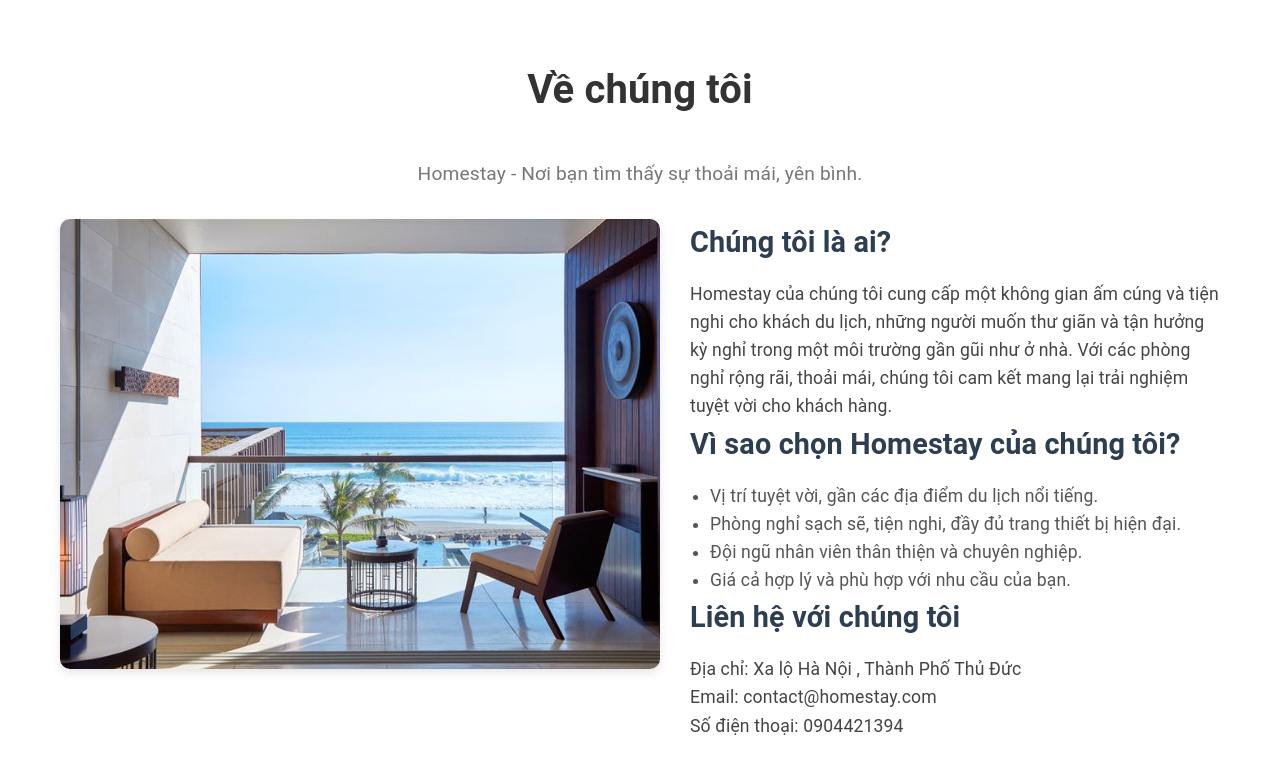
Repository: minhquang203/Homestay
Page: /about-us (app in client/)
The author's editor kept a copy of each file at every save. The page is drawn from the files as they stood at one save, then again after the next save.
The browser window is 1280 px wide. The pictures show the whole page.
The project was rebuilt for these pictures with package versions that can differ from the ones it lists, and the page was loaded fresh each time. Also part of the build but not shown: client/src/styles/Footer.scss, client/src/components/Footer.jsx, client/src/styles/ListingCard.scss, client/src/components/ListingCard.jsx, client/src/styles/Loader.scss, client/src/components/Loader.jsx, client/src/styles/Navbar.scss, client/src/styles/variable.scss and 24 more.

Above is the page before, as saved 2024-12-09 18:57:26.

### client/public/index.html
<!DOCTYPE html>
<html lang="en">
  <head>
    <meta charset="utf-8" />
    <link rel="icon" href="%PUBLIC_URL%/favicon.ico" />
    <meta name="viewport" content="width=device-width, initial-scale=1" />
    <meta name="theme-color" content="#000000" />
    <meta
      name="description"
      content="Web site created using create-react-app"
    />
    <link rel="apple-touch-icon" href="%PUBLIC_URL%/logo192.png" />
    <link rel="manifest" href="%PUBLIC_URL%/manifest.json" />
    <link rel="preconnect" href="https://fonts.googleapis.com">
    <link rel="preconnect" href="https://fonts.gstatic.com" crossorigin>
    <link href="https://fonts.googleapis.com/css2?family=Nunito:ital,wght@0,200..1000;1,200..1000&display=swap" rel="stylesheet">
    <title>HomeStayMove</title>
  </head>
  <body>
    <div id="root"></div>

  </body>
</html>

### client/src/index.js
import { CssBaseline, ThemeProvider, createTheme } from "@mui/material"; // Thêm vào đây
import React from "react";
import ReactDOM from "react-dom/client";
import { Provider } from "react-redux";
import { PersistGate } from "redux-persist/integration/react";
import App from "./App";
import { persistor, store } from "./Redux/store";

// Tạo theme tùy chỉnh nếu cần thiết
const theme = createTheme({
  palette: {
    primary: {
      main: "#1976d2", // Màu chủ đạo
    },
    secondary: {
      main: "#dc004e", // Màu phụ
    },
  },
});

const root = ReactDOM.createRoot(document.getElementById("root"));
root.render(
  <React.StrictMode>
    <Provider store={store}>
      <PersistGate loading={null} persistor={persistor}>
        <ThemeProvider theme={theme}>
          <CssBaseline />
          <App />
        </ThemeProvider>
      </PersistGate>
    </Provider>
  </React.StrictMode>
);

### client/src/App.js
import { BrowserRouter, Route, Routes } from "react-router-dom";
import './App.css';
import CategoryPage from "./pages/CategoryPage";
import CreateListing from "./pages/CreateListing";
import HomePage from "./pages/HomePage";
import ListingDetails from "./pages/ListingDetails";
import LoginPage from "./pages/LoginPage";
import Profile from "./pages/Profile";
import PropertyList from "./pages/PropertyList";
import RegisterPage from "./pages/RegisterPage";
import ReservationList from "./pages/ReservationList";
import SearchPage from "./pages/SearchPage";
import TripList from "./pages/TripsList";
import AboutUs from "./pages/Useful Links/AboutUs";
import WishList from "./pages/WishList";

function App() {
  return (
    <div>
    <BrowserRouter>
      <Routes>
         <Route path="/" element={<HomePage/>}></Route>
         <Route path="/register" element={<RegisterPage/>}></Route>
         <Route path="/login" element={<LoginPage/>}></Route>
         <Route path="/profile" element={<Profile/>}></Route>
         <Route path="/create-listing" element={<CreateListing/>}></Route>
         <Route path="/properties/:listingId" element={<ListingDetails/>}></Route>
         <Route path="/properties/category/:category" element={<CategoryPage />} />
         <Route path="/properties/search/:search" element={<SearchPage />} />
         <Route path="/:userId/trips" element={<TripList />} />
         <Route path="/:userId/wishList" element={<WishList />} />
         <Route path="/:userId/properties" element={<PropertyList />} />
         <Route path="/:userId/reservations" element={<ReservationList />} />
         <Route path="/about-us" element={<AboutUs />} />
      </Routes>
    </BrowserRouter>
    </div>
  );
}

export default App;

### client/src/Redux/store.js
// store.js
import { configureStore } from "@reduxjs/toolkit";
import {
  persistStore,
  persistReducer,
  FLUSH,
  REHYDRATE,
  PAUSE,
  PERSIST,
  PURGE,
  REGISTER,
} from "redux-persist";
import storage from "redux-persist/lib/storage";
import userReducer from "./state"; // Đảm bảo đúng đường dẫn đến state.js

// Cấu hình Redux Persist
const persistConfig = {
  key: "root", // Tên của key trong localStorage
  version: 1, // Phiên bản của state để khi có thay đổi sẽ cập nhật lại
  storage, // Chọn phương thức lưu trữ, có thể là localStorage hoặc sessionStorage
};

// Tạo persisted reducer từ userReducer
const persistedReducer = persistReducer(persistConfig, userReducer);

// Tạo store với persistedReducer
export const store = configureStore({
  reducer: persistedReducer, // Dùng persisted reducer để lưu trữ trạng thái người dùng
  middleware: (getDefaultMiddleware) =>
    getDefaultMiddleware({
      serializableCheck: {
        ignoredActions: [FLUSH, REHYDRATE, PAUSE, PERSIST, PURGE, REGISTER], // Bỏ qua các action không thể serialize
      },
    }),
});

// Khởi tạo persistor từ store
export const persistor = persistStore(store);

### client/src/App.css
* {
  margin: 0;
  padding: 0;
  box-sizing: border-box;
  font-family: 'Nunito'sans-serif;
}

### client/src/pages/Useful Links/AboutUs.jsx
import React from "react";
import "../../styles/AboutUs.scss";

const AboutUs = () => {
  return (
    <div className="about-container">
      <div className="about-header">
        <h1>Về chúng tôi</h1>
        <p>Homestay - Nơi bạn tìm thấy sự thoải mái, yên bình.</p>
      </div>

      <div className="about-content">
        <div className="about-img">
          <img
            src="/assets/Listing 1/7.jpg" // Thay bằng hình ảnh thực tế
            alt="Homestay"
          />
        </div>

        <div className="about-text">
          <h2>Chúng tôi là ai?</h2>
          <p>
            Homestay của chúng tôi cung cấp một không gian ấm cúng và tiện nghi
            cho khách du lịch, những người muốn thư giãn và tận hưởng kỳ nghỉ
            trong một môi trường gần gũi như ở nhà. Với các phòng nghỉ rộng rãi,
            thoải mái, chúng tôi cam kết mang lại trải nghiệm tuyệt vời cho khách
            hàng.
          </p>

          <h2>Vì sao chọn Homestay của chúng tôi?</h2>
          <ul>
            <li>Vị trí tuyệt vời, gần các địa điểm du lịch nổi tiếng.</li>
            <li>Phòng nghỉ sạch sẽ, tiện nghi, đầy đủ trang thiết bị hiện đại.</li>
            <li>Đội ngũ nhân viên thân thiện và chuyên nghiệp.</li>
            <li>Giá cả hợp lý và phù hợp với nhu cầu của bạn.</li>
          </ul>

          <h2>Liên hệ với chúng tôi</h2>
          <p>
            Địa chỉ: Xa lộ Hà Nội , Thành Phố Thủ Đức
            <br />
            Email: contact@homestay.com
            <br />
            Số điện thoại: 0904421394
          </p>
        </div>
      </div>
    </div>
  );
};

export default AboutUs;

### client/src/Redux/state.js
import { createSlice } from "@reduxjs/toolkit";

const initialState = {
  user: null, // Thông tin người dùng
  token: null, // Token đăng nhập
};

export const userSlice = createSlice({
  name: "user",
  initialState,
  reducers: {
    // Đăng nhập thành công, lưu thông tin người dùng và token
    setLogin: (state, action) => {
      state.user = action.payload.user;
      state.token = action.payload.token;
    },
    // Đăng xuất, xóa thông tin người dùng và token
    setLogout: (state) => {
      state.user = null;
      state.token = null;
    },
    // Cập nhật thông tin người dùng
    setUserDetails: (state, action) => {
      if (state.user) {
        state.user = { ...state.user, ...action.payload };
      }
    },
    // Cập nhật danh sách properties
    setListings: (state, action) => {
      state.listings = action.payload.listings;
    },
    setTripList: (state, action) => {
      state.user.tripList = action.payload;
    },
    setWishList: (state, action) => {
      state.user.wishList = action.payload;
    },
    setPropertyList: (state, action) => {
      state.user.propertyList = action.payload;
    },
    setReservationList: (state, action) => {
      state.user.reservationList = action.payload;
    },
  },
});

// Export các action để sử dụng
export const {
  setLogin,
  setLogout,
  setUserDetails,
  setListings,
  setTripList,
  setWishList,
  setPropertyList,
  setReservationList,
} = userSlice.actions;

// Export reducer để thêm vào store
export default userSlice.reducer;

### client/src/data.js
import { AiFillCar } from "react-icons/ai";
import {
  BiSolidDryer,
  BiSolidFirstAid,
  BiSolidFridge,
  BiSolidWasher,
  BiWifi,
  BiWorld,
} from "react-icons/bi";
import { BsFillDoorOpenFill, BsPersonWorkspace, BsSnow } from "react-icons/bs";
import {
  FaFireExtinguisher,
  FaKey,
  FaPumpSoap,
  FaShower,
  FaSkiing,
  FaUmbrellaBeach,
} from "react-icons/fa";
import { FaHouseUser, FaKitchenSet, FaPeopleRoof } from "react-icons/fa6";
import {
  GiBarbecue,
  GiBarn,
  GiBoatFishing,
  GiCactus,
  GiCampfire,
  GiCastle,
  GiCaveEntrance,
  GiCctvCamera,
  GiForestCamp,
  GiHeatHaze,
  GiIsland,
  GiToaster,
  GiWindmill,
} from "react-icons/gi";
import { IoDiamond } from "react-icons/io5";
import { MdBalcony, MdMicrowave, MdOutlineVilla, MdPets, MdYard } from "react-icons/md";
import {
  PiBathtubFill,
  PiCoatHangerFill,
  PiTelevisionFill,
} from "react-icons/pi";
import { TbBeach, TbIroning3, TbMountain, TbPool } from "react-icons/tb";

export const categories = [
  {
    label: "All",
    icon: <BiWorld />,
  },
  {
    img: "assets/beach_cat.jpg",
    label: "Beachfront",
    icon: <TbBeach />,
    description: "This property is close to the beach!",
  },
  {
    img: "assets/windmill_cat.webp",
    label: "Windmills",
    icon: <GiWindmill />,
    description: "This property is has windmills!",
  },
  {
    img: "assets/modern_cat.webp",
    label: "Iconic cities",
    icon: <MdOutlineVilla />,
    description: "This property is modern!",
  },
  {
    img: "assets/countryside_cat.webp",
    label: "Countryside",
    icon: <TbMountain />,
    description: "This property is in the countryside!",
  },
  {
    img: "assets/pool_cat.jpg",
    label: "Amazing Pools",
    icon: <TbPool />,
    description: "This is property has a beautiful pool!",
  },
  {
    img: "assets/island_cat.webp",
    label: "Islands",
    icon: <GiIsland />,
    description: "This property is on an island!",
  },
  {
    img: "assets/lake_cat.webp",
    label: "Lakefront",
    icon: <GiBoatFishing />,
    description: "This property is near a lake!",
  },
  {
    img: "assets/skiing_cat.jpg",
    label: "Ski-in/out",
    icon: <FaSkiing />,
    description: "This property has skiing activies!",
  },
  {
    img: "assets/castle_cat.webp",
    label: "Castles",
    icon: <GiCastle />,
    description: "This property is an ancient castle!",
  },
  {
    img: "assets/cave_cat.jpg",
    label: "Caves",
    icon: <GiCaveEntrance />,
    description: "This property is in a spooky cave!",
  },
  {
    img: "assets/camping_cat.jpg",
    label: "Camping",
    icon: <GiForestCamp />,
    description: "This property offers camping activities!",
  },
  {
    img: "assets/arctic_cat.webp",
    label: "Arctic",
    icon: <BsSnow />,
    description: "This property is in arctic environment!",
  },
  {
    img: "assets/desert_cat.webp",
    label: "Desert",
    icon: <GiCactus />,
    description: "This property is in the desert!",
  },
  {
    img: "assets/barn_cat.jpg",
    label: "Barns",
    icon: <GiBarn />,
    description: "This property is in a barn!",
  },
  {
    img: "assets/lux_cat.jpg",
    label: "Luxury",
    icon: <IoDiamond />,
    description: "This property is brand new and luxurious!",
  },
];

export const types = [
  {
    name: "An entire place",
    description: "Guests have the whole place to themselves",
    icon: <FaHouseUser />,
  },
  {
    name: "Room(s)",
    description:
      "Guests have their own room in a house, plus access to shared places",
    icon: <BsFillDoorOpenFill />,
  },
  {
    name: "A Shared Room",
    description:
      "Guests sleep in a room or common area that maybe shared with you or others",
    icon: <FaPeopleRoof />,
  },
];

export const facilities = [
  {
    name: "Bath tub",
    icon: <PiBathtubFill />,
  },
  {
    name: "Personal care products",
    icon: <FaPumpSoap />,
  },
  {
    name: "Outdoor shower",
    icon: <FaShower />,
  },
  {
    name: "Washer",
    icon: <BiSolidWasher />,
  },
  {
    name: "Dryer",
    icon: <BiSolidDryer />,
  },
  {
    name: "Hangers",
    icon: <PiCoatHangerFill />,
  },
  {
    name: "Iron",
    icon: <TbIroning3 />,
  },
  {
    name: "TV",
    icon: <PiTelevisionFill />,
  },
  {
    name: "Dedicated workspace",
    icon: <BsPersonWorkspace />
  },
  {
    name: "Air Conditioning",
    icon: <BsSnow />,
  },
  {
    name: "Heating",
    icon: <GiHeatHaze />,
  },
  {
    name: "Security cameras",
    icon: <GiCctvCamera />,
  },
  {
    name: "Fire extinguisher",
    icon: <FaFireExtinguisher />,
  },
  {
    name: "First Aid",
    icon: <BiSolidFirstAid />,
  },
  {
    name: "Wifi",
    icon: <BiWifi />,
  },
  {
    name: "Cooking set",
    icon: <FaKitchenSet />,
  },
  {
    name: "Refrigerator",
    icon: <BiSolidFridge />,
  },
  {
    name: "Microwave",
    icon: <MdMicrowave />,
  },
  {
    name: "Stove",
    icon: <GiToaster />,
  },
  {
    name: "Barbecue grill",
    icon: <GiBarbecue />,
  },
  {
    name: "Outdoor dining area",
    icon: <FaUmbrellaBeach />,
  },
  {
    name: "Private patio or Balcony",
    icon: <MdBalcony />,
  },
  {
    name: "Camp fire",
    icon: <GiCampfire />,
  },
  {
    name: "Garden",
    icon: <MdYard />,
  },
  {
    name: "Free parking",
    icon: <AiFillCar />,
  },
  {
    name: "Self check-in",
    icon: <FaKey />
  },
  {
    name: " Pet allowed",
    icon: <MdPets />
  }
];

### client/src/styles/AboutUs.scss
@import "./variable.scss";
.about-container {
    padding: 20px;
    max-width: 1200px;
    margin: 0 auto;
  }

  .about-header {
    text-align: center;
    margin-bottom: 30px;
  }

  .about-header h1 {
    font-size: 2.5rem;
    color: #333;
  }

  .about-header p {
    font-size: 1.2rem;
    color: #777;
  }

  .about-content {
    display: flex;
    justify-content: space-between;
    gap: 30px;
  }

  .about-img img {
    width: 100%;
    max-width: 600px;
    height: auto;
    border-radius: 10px;
    box-shadow: 0 4px 10px rgba(0, 0, 0, 0.1);
  }

  .about-text {
    flex: 1;
    line-height: 1.6;
  }

  .about-text h2 {
    font-size: 1.8rem;
    color: #2c3e50;
    margin-bottom: 15px;
  }

  .about-text ul {
    list-style-type: disc;
    padding-left: 20px;
  }

  .about-text ul li {
    font-size: 1.1rem;
    color: #555;
  }

  .about-text p {
    font-size: 1.1rem;
    color: #444;
  }

### client/src/styles/Slide.scss
.slidePage {
  width: 100vw;
  height: 80vh;
  background: linear-gradient(rgba(0, 0, 0, 0.5), rgba(0, 0, 0, 0.5)),
    url("../../public/assets/slide.jpg");
  background-position: center top;
  background-size: contain;

  display: flex;
  justify-content: center;
  align-items: center;
  text-align: center;
  position: relative;

  animation: moveRight 2s ease-out forwards; /* Di chuyển từ trái sang phải */
}

/* Định nghĩa keyframe cho hiệu ứng chuyển động từ trái sang phải */
@keyframes moveRight {
  0% {
    transform: translateX(-100%); /* Bắt đầu bên ngoài màn hình (trái) */
  }
  100% {
    transform: translateX(0); /* Kết thúc tại vị trí ban đầu */
  }
}

h1 {
  padding: 40px 20px;
  font-size: 40px;
  text-align: center;
  color: white;
  z-index: 1; /* Đảm bảo văn bản luôn ở trên hình nền */
  position: relative;
}

After the next save:
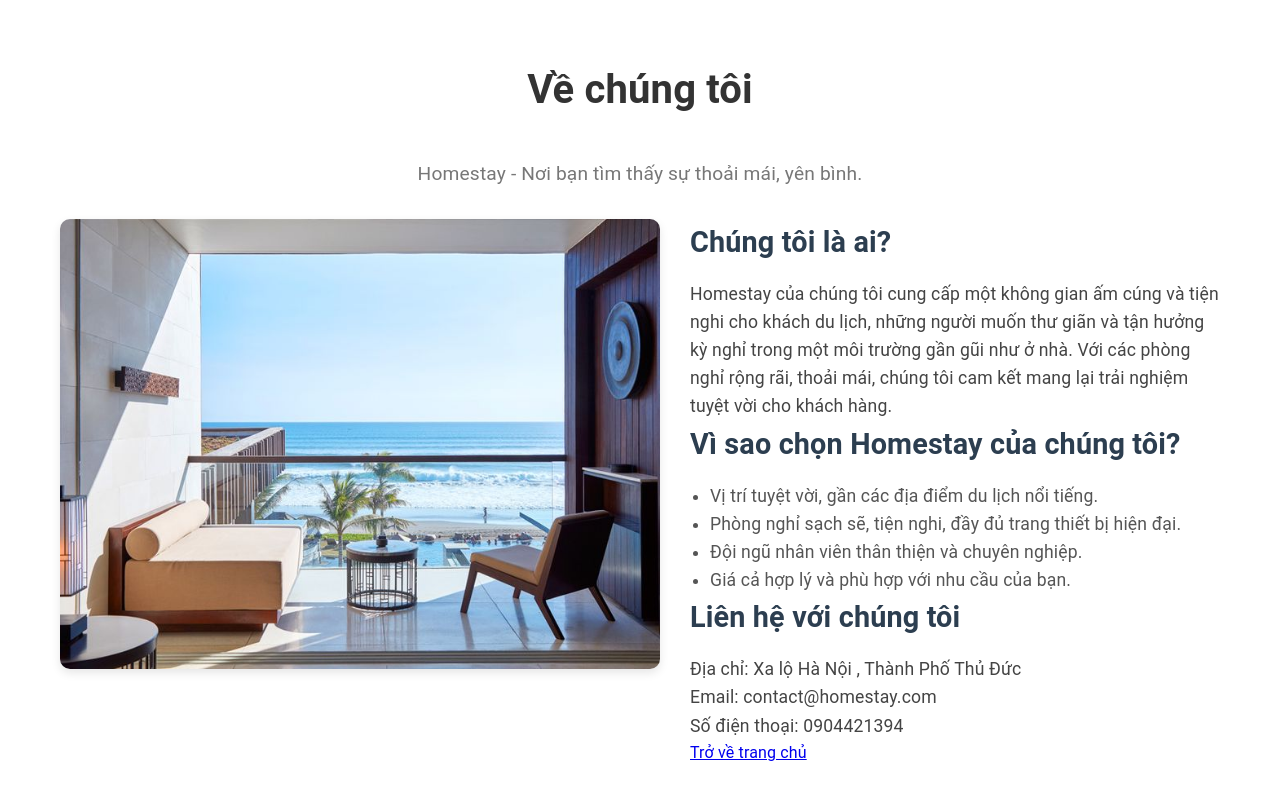
Saved 94 s later.
--- a/client/src/pages/Useful Links/AboutUs.jsx
+++ b/client/src/pages/Useful Links/AboutUs.jsx
@@ -1,4 +1,5 @@
 import React from "react";
+import { Link } from "react-router-dom"; // Import Link từ react-router-dom
 import "../../styles/AboutUs.scss";
 
 const AboutUs = () => {
@@ -43,6 +44,11 @@ const AboutUs = () => {
             <br />
             Số điện thoại: 0904421394
           </p>
+
+          {/* Thêm liên kết trở về trang chủ */}
+          <div className="back-to-home">
+            <Link to="/">Trở về trang chủ</Link>
+          </div>
         </div>
       </div>
     </div>
